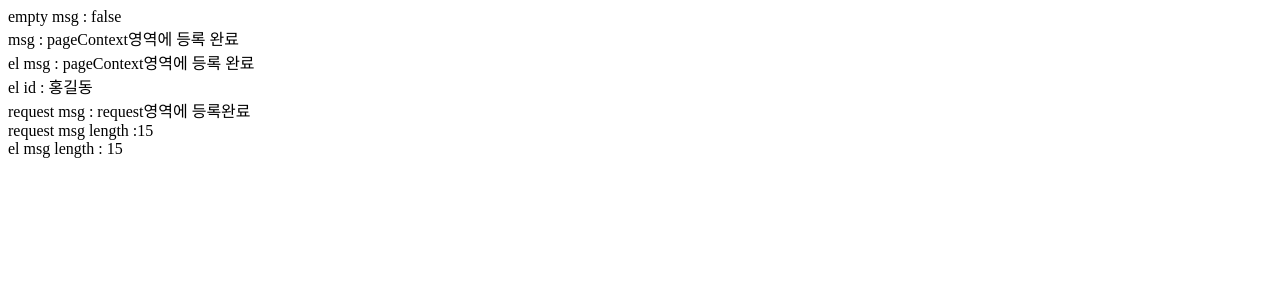
Repository: skim24245/web_workspace_src
Page: http://localhost/Lecture-Web/jsp/el/exam03.jsp
The author's editor kept a copy of each file at every save. The page is drawn from the files as they stood at one save, then again after the next save.
The browser window is 1280 px wide. The pictures show the whole page.
The page is served by Tomcat 9. Other server files are loaded and not shown.

Above is the page before, as saved 2022-06-07 10:26:28.

### Lecture-Web/src/main/webapp/jsp/el/exam03.jsp
<%@ page language="java" contentType="text/html; charset=UTF-8"
    pageEncoding="UTF-8"%>

<%
/*등록하기 위해서는 jsp로 써줘야함
객체 등록 문법: 공유영역.setAttribute("이름", "값");
객체 조회 : 공유영역.getAttribute("이름")
jsp가 인식하는 4가지 공유영역: pageContext,request,session,application

*/
pageContext.setAttribute("msg", "pageContext영역에 등록 완료");

//id라는 이름으로 홍길동 객체를 pageContext에 등록
pageContext.setAttribute("id", "홍길동");
request.setAttribute("msg","request영역에 등록완료");
pageContext.setAttribute("length","request영역에 등록완료".length());
%>


<!DOCTYPE html>
<html>
<head>
<meta charset="UTF-8">
<title>Insert title here</title>
</head>
<body>

<%--
El 공유영역 4가지 :pageScope, requestScope, sessionScope,applicationScope --%>

empty msg : ${empty msg }<BR>
msg : <%=pageContext.getAttribute("msg") %><BR>
el msg : ${msg} <BR>
el id : ${ id }<BR>
request msg : ${requestScope.msg }<BR>
request msg length :<%= ((String)request.getAttribute("msg")).length() %> <BR>
el msg length : ${length } <BR><BR>



</body>
</html>

After the next save:
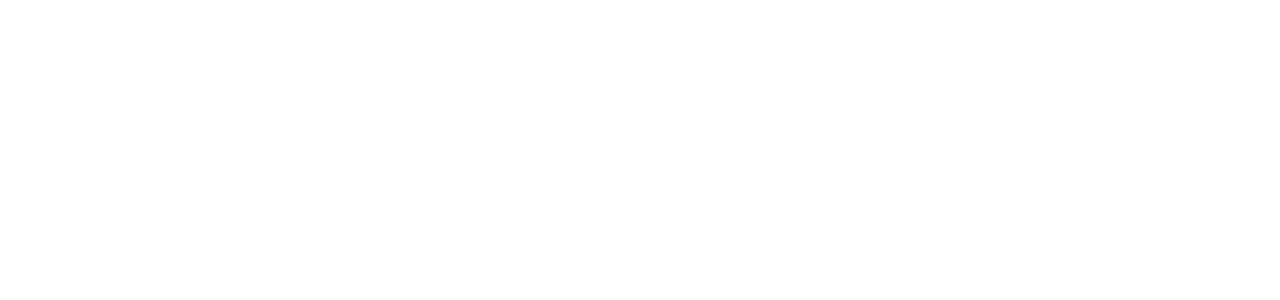
Saved 14 s later.
--- a/Lecture-Web/src/main/webapp/jsp/el/exam03.jsp
+++ b/Lecture-Web/src/main/webapp/jsp/el/exam03.jsp
@@ -25,16 +25,7 @@
 </head>
 <body>
 
-<%--
-El 공유영역 4가지 :pageScope, requestScope, sessionScope,applicationScope --%>
 
-empty msg : ${empty msg }<BR>
-msg : <%=pageContext.getAttribute("msg") %><BR>
-el msg : ${msg} <BR>
-el id : ${ id }<BR>
-request msg : ${requestScope.msg }<BR>
-request msg length :<%= ((String)request.getAttribute("msg")).length() %> <BR>
-el msg length : ${length } <BR><BR>
 
 
 

After the save that followed:
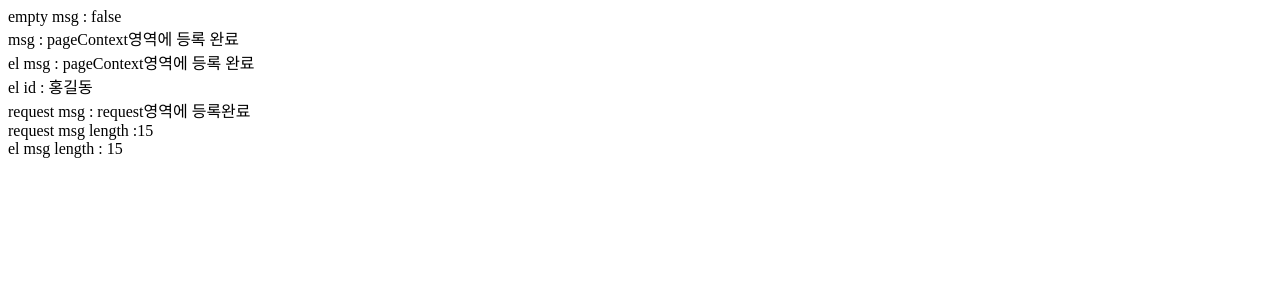
Saved 7 s later.
--- a/Lecture-Web/src/main/webapp/jsp/el/exam03.jsp
+++ b/Lecture-Web/src/main/webapp/jsp/el/exam03.jsp
@@ -25,7 +25,16 @@
 </head>
 <body>
 
+<%--
+El 공유영역 4가지 :pageScope, requestScope, sessionScope,applicationScope --%>
 
+empty msg : ${empty msg }<BR>
+msg : <%=pageContext.getAttribute("msg") %><BR>
+el msg : ${msg} <BR>
+el id : ${ id }<BR>
+request msg : ${requestScope.msg }<BR>
+request msg length :<%= ((String)request.getAttribute("msg")).length() %> <BR>
+el msg length : ${length } <BR><BR>
 
 
 
